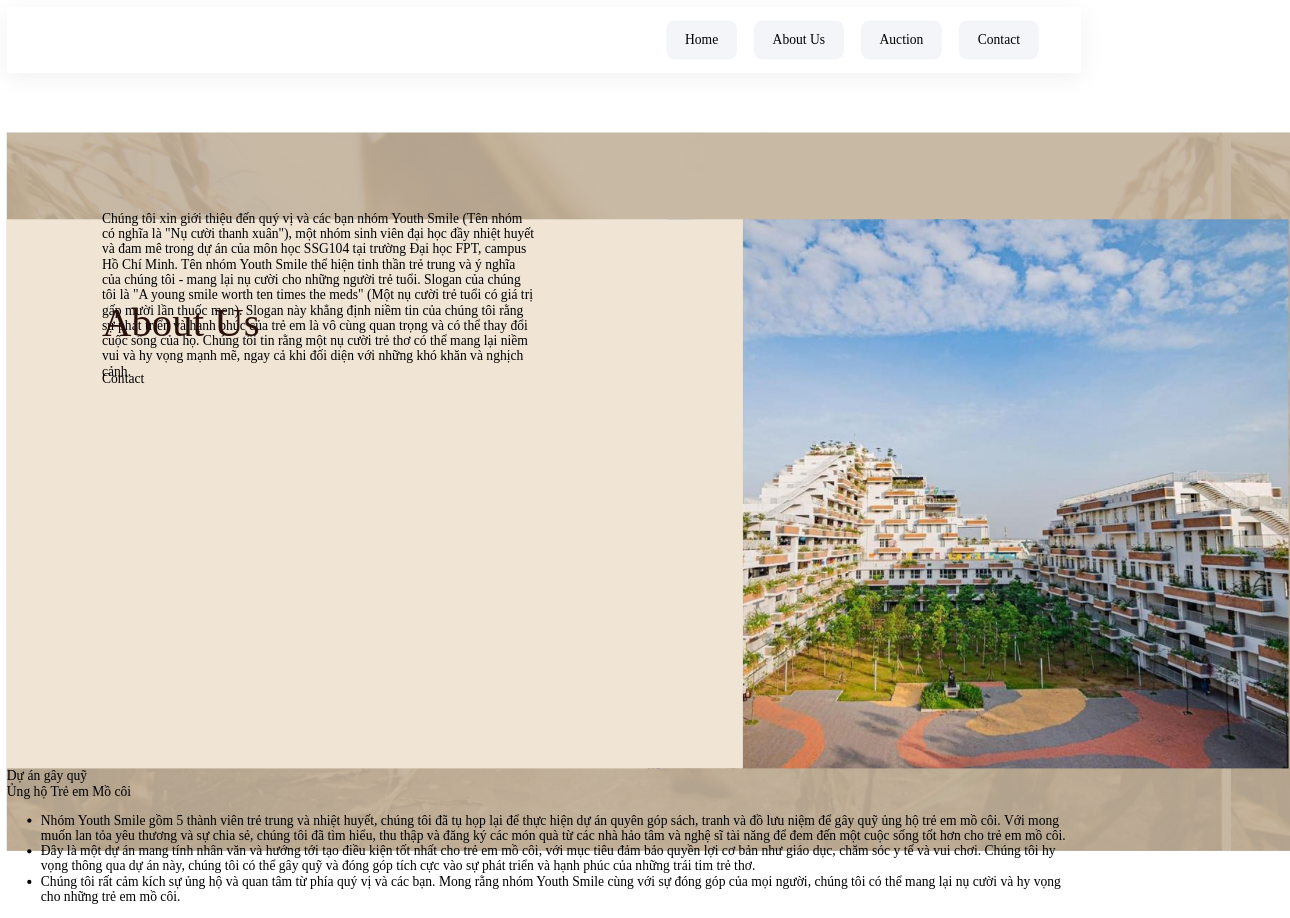
Repository: anatole24/Youth-Smile
Page: about.html
An editor plug-in stored every save of this project. The page is shown before and after the next save, followed by the edit.
The browser window is 1280 px wide. The page is 1518 px wide, so the pictures cover 1518 px, including what lies to the right of the window. The pictures show the whole page, at 85% of full size.
Some web fonts or font styles are not loaded; a fallback is used.

Above is the page before, as saved 2023-06-29 14:39:01.

### about.html
<!DOCTYPE html>
<head>
  <meta charset="UTF-8">
  <meta http-equiv="X-UA-Compatible" content="IE=edge">
  <meta name="viewport" content="width=device-width, initial-scale=1.0">
  <link rel="stylesheet" href="https://cdnjs.cloudflare.com/ajax/libs/font-awesome/6.4.0/css/all.min.css" integrity="sha512-iecdLmaskl7CVkqkXNQ/ZH/XLlvWZOJyj7Yy7tcenmpD1ypASozpmT/E0iPtmFIB46ZmdtAc9eNBvH0H/ZpiBw==" crossorigin="anonymous" referrerpolicy="no-referrer">
  <link rel="preconnect" href="https://fonts.googleapis.com">
  <link rel="preconnect" href="https://fonts.gstatic.com" crossorigin="">
  <link href="https://fonts.googleapis.com/css2?family=Dancing+Script&amp;family=Geologica&amp;family=Kaushan+Script&amp;family=Lobster&amp;family=Marck+Script&amp;family=Merienda&amp;family=Patrick+Hand&amp;family=Patrick+Hand+SC&amp;family=Playball&amp;family=Roboto&amp;family=Roboto+Condensed&amp;display=swap" rel="stylesheet">
  <link rel="stylesheet" href="header.css">
  <link rel="stylesheet" href="about.css">
  <title>About Us</title>
  <body>
    <div class="header">
      <div class="header_container">
        <div class="header_list"><a class="header_item" href="./index.html">Home</a><a class="header_item" href="./about.html">About Us</a><a class="header_item" href="./auction.html">Auction</a><a class="header_item" href="./contact.html">Contact</a></div>
      </div>
    </div>
    <section class="about">
      <div class="about-top">
        <div class="top-img"></div>
        <div class="top-left">
          <div class="left-title">About Us</div>
          <div class="left-content">Chúng tôi xin giới thiệu đến quý vị và các bạn nhóm Youth Smile (Tên nhóm có nghĩa là "Nụ cười thanh xuân"), một nhóm sinh viên đại học đầy nhiệt huyết và đam mê trong dự án của môn học SSG104 tại trường Đại học FPT, campus Hồ Chí Minh. Tên nhóm Youth Smile thể hiện tinh thần trẻ trung và ý nghĩa của chúng tôi - mang lại nụ cười cho những người trẻ tuổi. Slogan của chúng tôi là "A young smile worth ten times the meds" (Một nụ cười trẻ tuổi có giá trị gấp mười lần thuốc men). Slogan này khẳng định niềm tin của chúng tôi rằng sự phát triển và hạnh phúc của trẻ em là vô cùng quan trọng và có thể thay đổi cuộc sống của họ. Chúng tôi tin rằng một nụ cười trẻ thơ có thể mang lại niềm vui và hy vọng mạnh mẽ, ngay cả khi đối diện với những khó khăn và nghịch cảnh.</div><a class="left-button" href="./contact.html">Contact</a>
        </div>
        <div class="top-right"></div>
        <div class="top-image"></div>
      </div>
      <div class="about-center">
        <div class="center-img"></div>
        <div class="center-left"> </div>
        <div class="center-right">
          <div class="right-title">Dự án gây quỹ </div>
          <div class="right-title2">Ủng hộ Trẻ em Mồ côi</div>
          <div class="right-content">
            <ul>
              <li>Nhóm Youth Smile gồm 5 thành viên trẻ trung và nhiệt huyết, chúng tôi đã tụ họp lại để thực hiện dự án quyên góp sách, tranh và đồ lưu niệm để gây quỹ ủng hộ trẻ em mồ côi. Với mong muốn lan tỏa yêu thương và sự chia sẻ, chúng tôi đã tìm hiểu, thu thập và đăng ký các món quà từ các nhà hảo tâm và nghệ sĩ tài năng để đem đến một cuộc sống tốt hơn cho trẻ em mồ côi.</li>
              <li>Đây là một dự án mang tính nhân văn và hướng tới tạo điều kiện tốt nhất cho trẻ em mồ côi, với mục tiêu đảm bảo quyền lợi cơ bản như giáo dục, chăm sóc y tế và vui chơi. Chúng tôi hy vọng thông qua dự án này, chúng tôi có thể gây quỹ và đóng góp tích cực vào sự phát triển và hạnh phúc của những trái tim trẻ thơ.</li>
              <li>Chúng tôi rất cảm kích sự ủng hộ và quan tâm từ phía quý vị và các bạn. Mong rằng nhóm Youth Smile cùng với sự đóng góp của mọi người, chúng tôi có thể mang lại nụ cười và hy vọng cho những trẻ em mồ côi.</li>
            </ul>
          </div>
        </div>
      </div>
    </section>
  </body>
</head>

### header.css
:root {
  --primary-color: #c08d18bb;
}
body {
  overflow-x: hidden;
}
a {
  text-decoration: none;
  color: inherit;
}
button {
  cursor: pointer;
  outline: none;
  font: inherit;
  background-color: transparent;
  border: none;
}

.header {
  background-color: white;
  padding: 16px 0;
  box-shadow: 0px 6px 30px 0px rgba(15, 15, 15, 0.06);
  margin-bottom: 70px;
}
.header_container {
  margin: 0 auto;
}
.header_list {
  margin-right: 50px;
  display: flex;
  align-items: center;
  justify-content: flex-end;
  gap: 20px;
  flex-direction: row;
  flex-wrap: nowrap;
}
.header_item {
  padding: 14px 22px;
  border-radius: 10px;
  background-color: #f4f5f9;
  display: block;
  transition: background-color 0.2s linear, color 0.25s ease-in;
}
.header_item:hover {
  background-color: #c08d18bb;
  color: white;
}

### about.css
:root {
  --primary-color: #77472d;
  --second-color: #f0e5d5;
}
.top-img {
  width: 1510px;
  height: 845px;
  flex-shrink: 0;
  background: linear-gradient(
      0deg,
      rgba(234, 232, 218, 0.01) 0%,
      rgba(234, 232, 218, 0.01) 100%
    ),
    url("./images/a-back.png"), lightgray 50% / cover no-repeat;
}
.top-left {
  width: 754px;
  height: 646px;
  margin-top: -743px;
  flex-shrink: 0;
  background: #f0e5d5;
  padding-left: 112px;
  position: relative;
}
.left-title {
  position: absolute;
  top: 93px;
  width: 200px;
  height: 79.946px;
  color: #28110a;
  font-size: 48px;
  font-style: normal;
  font-weight: 400;
  line-height: normal;
}
.left-content {
  display: flex;
  width: 509px;
  height: 178px;
  flex-direction: column;
  justify-content: center;
  flex-shrink: 0;
}
.top-right {
  width: 754px;
  height: 646px;
  margin-top: -646px;
  margin-left: 754px;
  flex-shrink: 0;
  background: url("./images/fpt-campus.jpg") no-repeat center right/ cover;
  object-position: bottom;
}

After the next save:
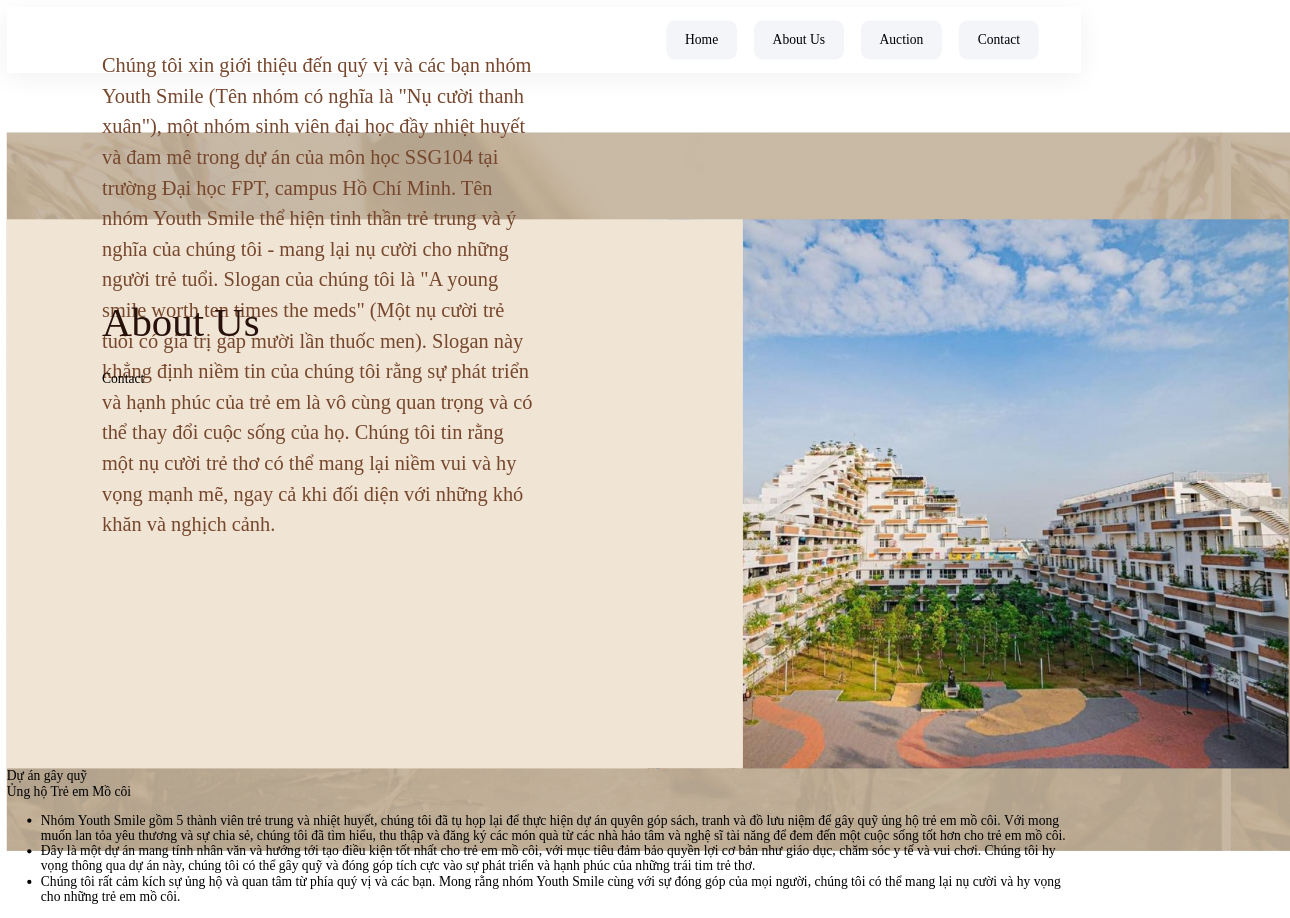
Saved 14 s later.
--- a/about.css
+++ b/about.css
@@ -40,6 +40,12 @@
   flex-direction: column;
   justify-content: center;
   flex-shrink: 0;
+  color: var(--primary-color);
+  font-size: 24px;
+  font-family: Sree Krushnadevaraya;
+  font-style: normal;
+  font-weight: 400;
+  line-height: 36px;
 }
 .top-right {
   width: 754px;
